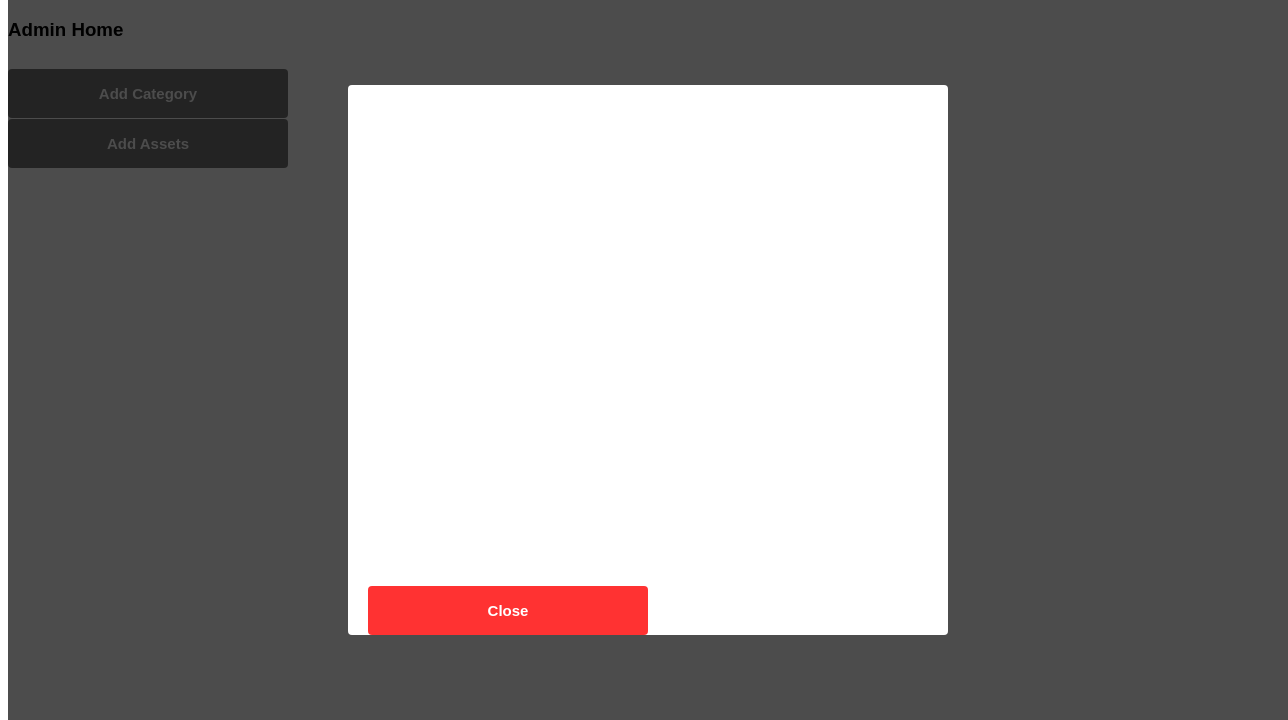
Repository: DhruvKaushal/CodeFury_404Found
Page: http://localhost/e-assets/assetadded.jsp
An editor plug-in stored every save of this project. The page is shown before and after the next save, followed by the edit.
The browser window is 1280 px wide. The page is 1288 px wide, so the pictures cover 1288 px, including what lies to the right of the window. The pictures show the whole page.
The page is served by Tomcat 9. Other server files are loaded and not shown.

Above is the page before, as saved 2020-10-05 10:33:47.

### Aditya's New/E-Assets-Management/e-assets/WebContent/assetadded.jsp
<%@ page language="java" contentType="text/html; charset=ISO-8859-1"
    pageEncoding="ISO-8859-1"%>
<!DOCTYPE html>
<html>
<head>
<meta charset="ISO-8859-1">
<link rel="stylesheet" href="addassets.css">
<title>Insert title here</title>
</head>
<body>

	  <h3>Admin Home</h3>

  	<button class="open-type-button">Add Category</button>
 	<button class="open-assets-button">Add Assets</button>

    <div class="bg-modal2" id="myForm2">
        	<div class="modal-content">






             <button class="close-button" action="adminhome.jsp" class="btn"><b>Close</b></button>


        </div>
    </div>






	<script>

	function closeForm1() {
  	document.getElementById("myForm1").style.display = "none";
	}

	function openForm2() {
  		document.getElementById("myForm2").style.display = "flex";
	}

	function closeForm2() {
  	document.getElementById("myForm2").style.display = "none";
	}
	</script>

</body>
</html>

### Aditya's New/E-Assets-Management/e-assets/WebContent/addassets.css
body {font-family: Arial, Helvetica, sans-serif;}
* {box-sizing: border-box;}


.open-assets-button {
  background-color: #555;
  color: white;
  padding: 16px 20px;
  border-radius: 4px;
  border: none;
  cursor: pointer;
  opacity: 0.8;
  position: fixed;
  width: 280px;
  margin-top: 60px;
  font-weight: bold;
  font-size: 15px;
  display: inline-block;
}

.open-type-button {
  background-color: #555;
  color: white;
  padding: 16px 20px;
  border-radius: 4px;
  border: none;
  cursor: pointer;
  opacity: 0.8;
  position: fixed;
  width: 280px;
  margin-top: 10px;
  font-weight: bold;
  font-size: 15px;
  display: inline-block;
}

.close-button {
  background-color: red;
  color: white;
  padding: 16px 20px;
  border-radius: 4px;
  border: none;
  cursor: pointer;
  opacity: 0.8;
  width: 280px;
  position: absolute;
  bottom: 0px;


  font-weight: bold;
  font-size: 15px;
  display: inline-block;
}

.bg-modal {
	width: 100%;
	height: 100%;
	background-color: rgba(0,0,0,0.7);
	position: absolute;;
	top: 0;
	display: flex;
	justify-content: center;
	align-items: center;
	display: none;

}

.bg-modal2 {
	width: 100%;
	height: 100%;
	background-color: rgba(0,0,0,0.7);
	position: absolute;;
	top: 0;
	display: flex;
	justify-content: center;
	align-items: center;


}

.modal-content {
	width: 600px;
	height: 550px;
	background-color: white;
	border-radius: 4px;
	padding: 20px;
	position: relative;
}



input{
  width: 100%;
  padding: 15px;
  margin: 5px 0 22px 0;
  border: none;
  background: #f1f1f1;
}


.btn {
  background-color: #1686d9;
  color: white;
  border-radius: 4px;
  padding: 16px 20px;
  border: none;
  cursor: pointer;
  width: 50%;
  margin-top: 20px;
  margin: auto;
  opacity: 0.8;
  font-size: 20px;

  display:block;

}


.btn:hover, .open-assets-button:hover, .open-type-button:hover {
  opacity: 1;
}

.close {
	position: absolute;
	top: 0;
	right: 10px;
	font-size: 38px;
	color: #333;
	transform: rotate(45deg);
	cursor: pointer;
}

.close:hover {
		color: #666;
	}

After the next save:
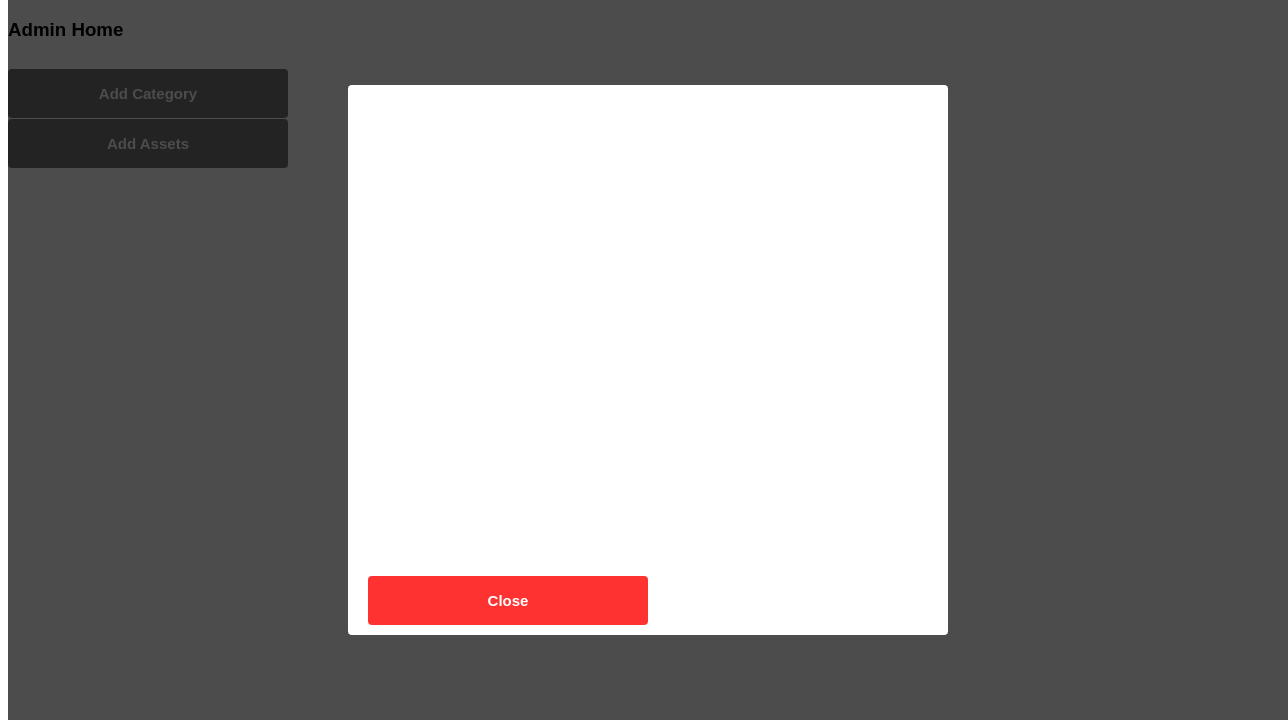
Saved 15 s later.
--- a/Aditya's New/E-Assets-Management/e-assets/WebContent/addassets.css
+++ b/Aditya's New/E-Assets-Management/e-assets/WebContent/addassets.css
@@ -44,7 +44,7 @@ body {font-family: Arial, Helvetica, sans-serif;}
   opacity: 0.8;
   width: 280px;
   position: absolute;
-  bottom: 0px;
+  bottom: 10px;
 
 
   font-weight: bold;
